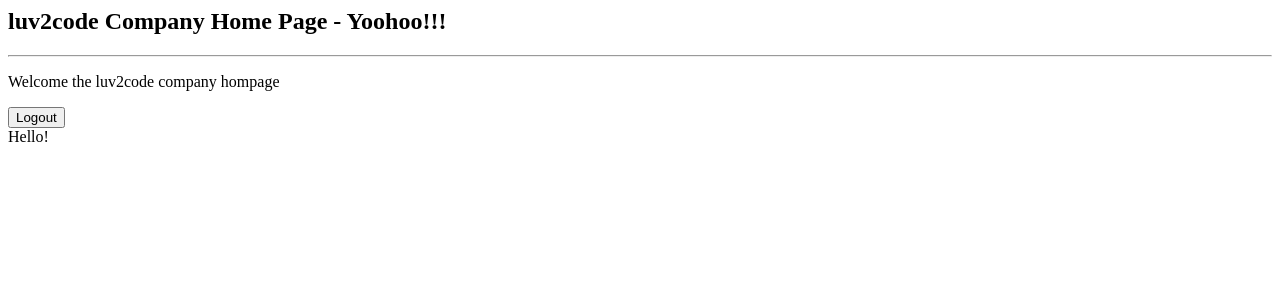
Repository: ldh9282/spring-security
Page: http://localhost/spring-security-demo-05-logout/
An editor plug-in stored every save of this project. The page is shown before and after the next save, followed by the edit.
The browser window is 1280 px wide. The pictures show the whole page.
The page is served by Tomcat 9.

Above is the page before, as saved 2022-12-16 12:07:58.

After the next save:
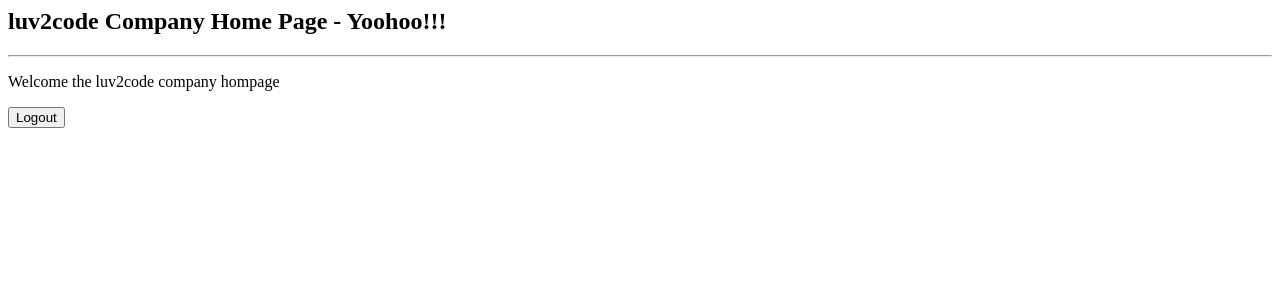
Saved 46 s later.
--- a/spring-security-demo-05-logout/src/main/webapp/WEB-INF/view/home.jsp
+++ b/spring-security-demo-05-logout/src/main/webapp/WEB-INF/view/home.jsp
@@ -30,13 +30,7 @@
 
 		</c:if>
 
-		<c:if test="${param.error == null }">
 
-			<div class="alert alert-danger col-xs-offset-1 col-xs-10">
-				Hello! <c:out value="${param.username }" />
-			</div>
-
-		</c:if>
 
 	</form:form>
 </body>
